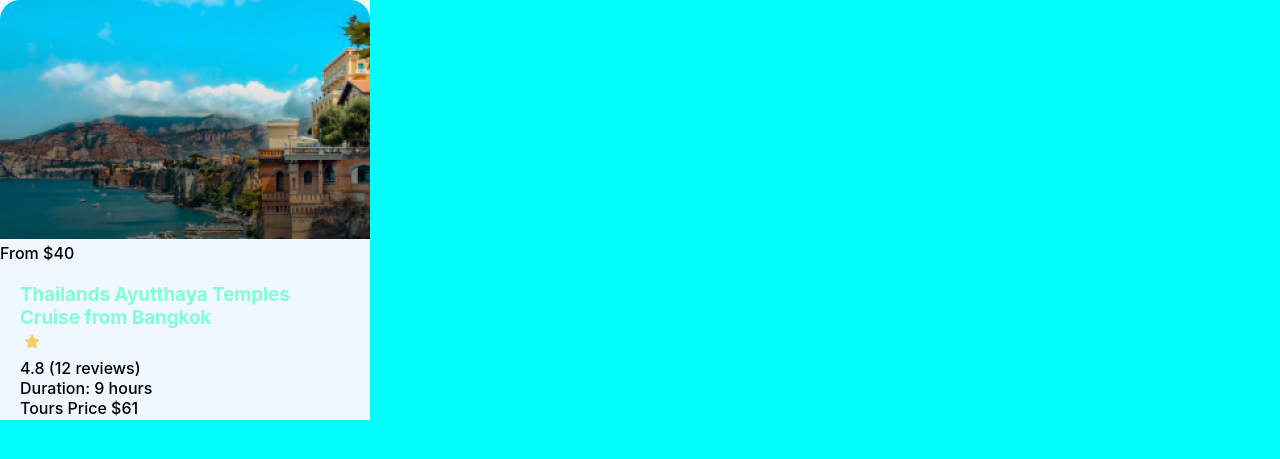
Repository: nguyentuankiet-k61/K_IT-demo
Page: index.html
These files come from the project's save history. The page is drawn as it stood at one moment and after the next save; the edit follows.
The browser window is 1280 px wide. The pictures show the whole page.
Some web fonts or font styles are not loaded; a fallback is used.

Above is the page before, as saved 2022-09-29 15:08:02.

### index.html
<!DOCTYPE html>
<html lang="en">
<head>
    <meta charset="UTF-8">
    <meta http-equiv="X-UA-Compatible" content="IE=edge">
    <meta name="viewport" content="width=device-width, initial-scale=1.0">
    <title>HTML CSS Master</title>
    <link rel = "preconnect" href = "https://fonts.googleapis.com">
    <link rel = "preconnect" href = "https://fonts.gstatic.com" crossorigin>
    <link href = "https: //fonts.googleapis.com/css2? family = Inter: wght @ 500; 600 & display = swap "rel =" stylesheet ">
    <link rel="stylesheet" href="./CSS/app.css">
</head>
<body>
 <div class="Tours">
    <div class="Tours_top">
        <img src="./image/image1.png" alt="this is a image"/>
        <span class="Tours_price">From $40</span>
    </div>
    <div class="Tours_content">
        <div class="Tourrs_title">
            <h3>Thailands Ayutthaya Temples
                Cruise from Bangkok</h3>
        </div>
        <div class="Tours_ratting">
            <div class="Tours_star">
                <img src="./image/img-star.png" alt="this is image"/>
            </div>
            <div class="Tours_review">
                4.8 (12 reviews)
            </div>
            <div class="Tours_duration">Duration: 9 hours

            </div>
        </div>
        <div class="Tours_botton">Tours Price $61</div>
    </div>

 </div>
</body>
</html>

### CSS/app.css
*{
    margin: 0;
    padding: 0;
    box-sizing: border-box;
}
body{
    background-color: aqua;
    font-family: 'Inter', sans-serif;
    font-weight: 500;

}
.Tours{
    width: 370px;
    height: 420px;
    background-color: aliceblue;
}
.Tours_content{
   padding: 20px 20px 14px 20px;
}
.Tourrs_title{
    color: aquamarine;
}

After the next save:
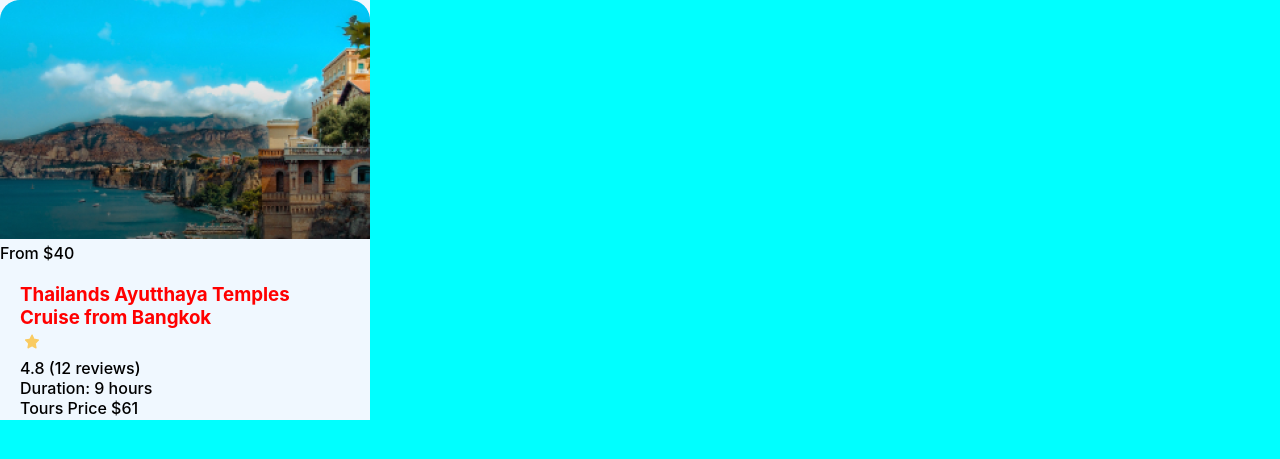
Saved 15 s later.
--- a/CSS/app.css
+++ b/CSS/app.css
@@ -18,5 +18,5 @@ body{
    padding: 20px 20px 14px 20px;
 }
 .Tourrs_title{
-    color: aquamarine;
+    color:red;
 }
